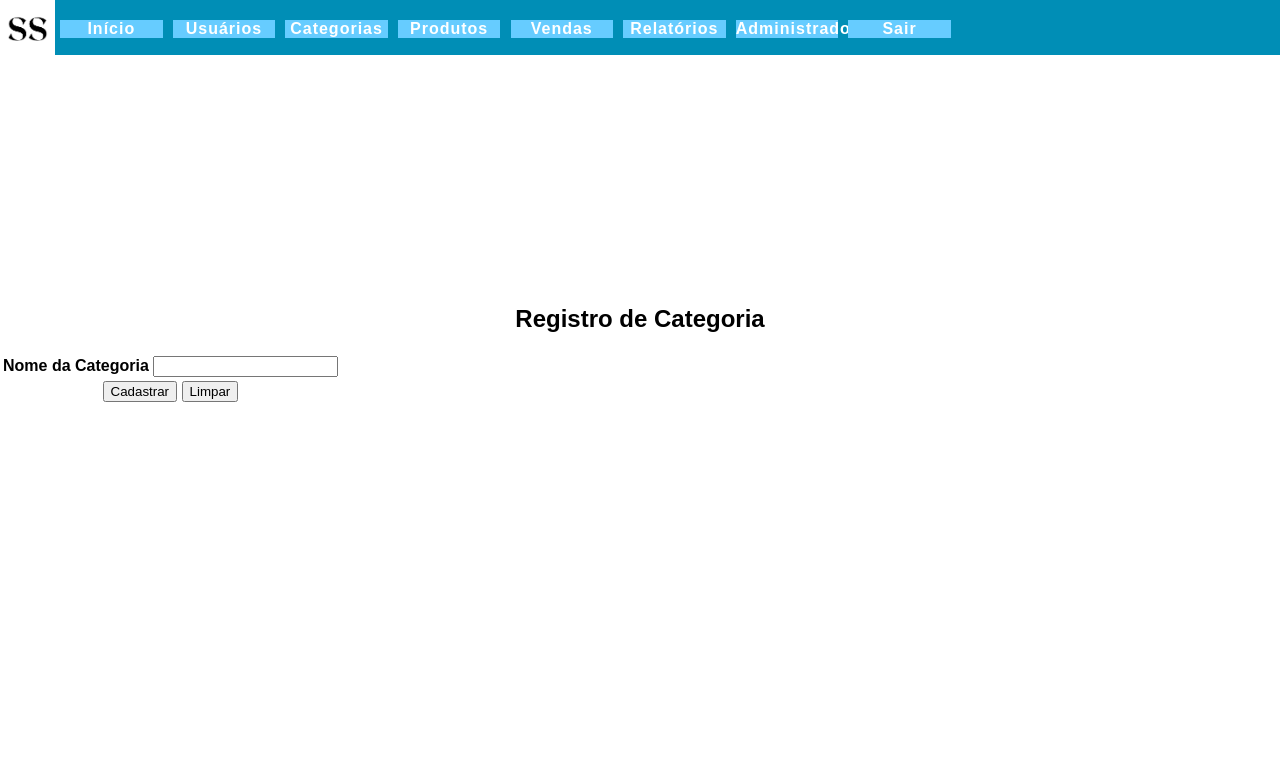
Repository: FaculdadeSenaiJoinville/PiMichelBaade
Page: ProjetoIndividual/WebContent/pages/admin/adminCategorias.html
The author's editor kept a copy of each file at every save. The page is drawn from the files as they stood at one save, then again after the next save.
The browser window is 1280 px wide. The pictures show the whole page.

Above is the page before, as saved 2021-08-18 00:33:12.

### ProjetoIndividual/WebContent/pages/admin/adminCategorias.html
<!DOCTYPE html>
<html>
<head>
<meta charset="UTF-8">
	<meta name="description" content="Site da Software dos Sonhos">
	<meta name="keywords" content="Padaria, Software, Sonhos">
	<meta name="author" content="Michel Baade">
	<meta name="viewport" content="width=device-width, initial-scale=1.0">
<title>Software dos Sonhos</title>
<link rel="stylesheet" type="text/css" href="../../css/admin.css">
<script src="https://code.jquery.com/jquery-3.6.0.min.js" integrity="sha256-/xUj+3OJU5yExlq6GSYGSHk7tPXikynS7ogEvDej/m4=" crossorigin="anonymous"></script>
<script src="../../js/admin.js"></script>
</head>
<body>
	<header></header>

<section>

<h2>Registro de Categoria</h2>

<form name="frmAddCategoria" id="addCategoria" class="frmInserir">

<table>
	 <tr>

	 	<th>Nome da Categoria</th>
	 	<td>
	 		<input type="text" name="nome">
	 	</td>

	 </tr>
	 <tr>
	 	<td colspan="2">
	 	<button type="button">Cadastrar</button>
	 	<button type="reset">Limpar</button>
	 	</td>
	 </tr>
</table>

</form>

</section>


</body>
</html>

### ProjetoIndividual/WebContent/css/admin.css
@charset "UTF-8";

body{
	margin: 0 auto;
	font-family: "Century Gothic", sans-serif;
}

header{
	height: 55px;
	background-color: #008eb6;
	position: sticky;
	position: -webkit -sticky;
	top: 0px;
}

header img{
	float: left;
	height: 55px;
	width: 55px;
}

nav{
	clear: both;
	width: 80%;
	height: 100%;
	display: inline-block;
	margin: 20px auto;
}

nav a{
	color: white;
	font-weight: bold;
	letter-spacing: 1px;
	text-decoration: none;
	text-align: center;
}

nav .opcao{
	float: left;
	width: 10%;
	background-color: #66ccff;
	margin: 0 0.5%;
	font-size: 16px;
}

nav .opcao:hover{
	background-color: #83afd3;
}

.dropdown{
	position: relative;
	display: inline-block;
}

.dropdown-content{
	display: none;
	position: absolute;
	background-color: #66ccff;
	z-index: 1;
	width: 100%;
}

.dropdown-content a{
	display: block;
}


.dropdown-content a:hover{
	background-color: 83afd3;
}

.dropdown:hover .dropdown-content{
	display: block;
}

section{
	clear: both;
	min-height: 460px;
	width: 100%;
	margin-top: 250px;
	text-align: center;

}

section img{
	border:4px solid #000;
}

### ProjetoIndividual/WebContent/js/admin.js
SONHOS = new Object();

$(document).ready(function() {

	$("header").load("/ProjetoIndividual/pages/admin/general/header.html");




});

### ProjetoIndividual/WebContent/pages/admin/general/header.html
<img src="../../imgs/logomenor.png" alt="Logo da Software dos Sonhos" id="logomenor">
<nav>
<a href="#"><div class="opcao">Início</div></a>
<a href="#"><div class="opcao">Usuários</div></a>
<a href="#"><div class="opcao">Categorias</div></a>
<a href="#"><div class="opcao">Produtos</div></a>
<a href="#"><div class="opcao">Vendas</div></a>
	<div class="opcao dropdown">
		<a href="#">
			<div class="dropbtn">Relatórios</div>
		</a>
		<div class="dropdown-content">
			<a href="#">Faturamentos</a>
			<a href="#">Vendas</a>
		</div>
	</div>
<a href="#"><div class="opcao">Administrador</div></a>
<a href="#"><div class="opcao">Sair</div></a>
</nav>

After the next save:
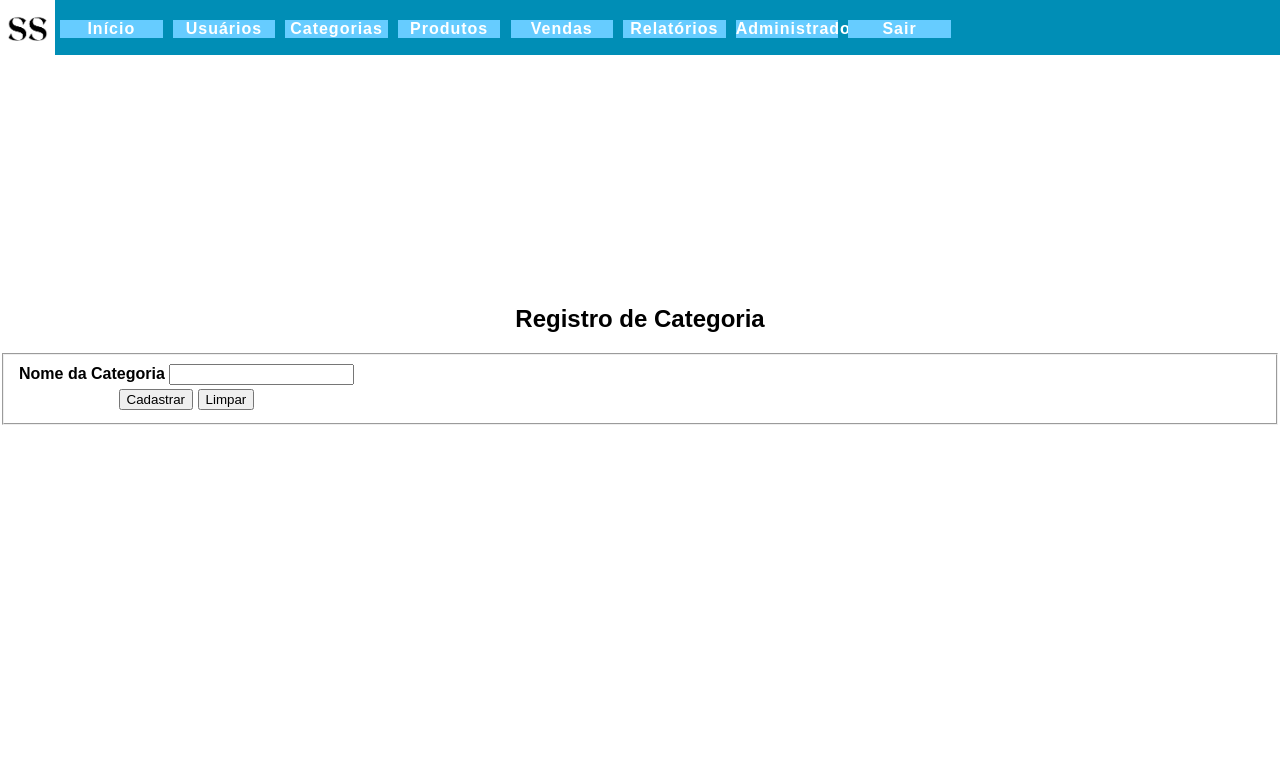
Saved 84 s later.
--- a/ProjetoIndividual/WebContent/pages/admin/adminCategorias.html
+++ b/ProjetoIndividual/WebContent/pages/admin/adminCategorias.html
@@ -18,28 +18,27 @@
 
 <h2>Registro de Categoria</h2>
 
-<form name="frmAddCategoria" id="addCategoria" class="frmInserir">
+		<form name="frmAddCategoria" id="addCategoria" class="frmInserir">
+			<fieldset>
+				<table>
 
-<table>
-	 <tr>
+					<tr>
 
-	 	<th>Nome da Categoria</th>
-	 	<td>
-	 		<input type="text" name="nome">
-	 	</td>
+						<th>Nome da Categoria</th>
+						<td><input type="text" name="nome"></td>
 
-	 </tr>
-	 <tr>
-	 	<td colspan="2">
-	 	<button type="button">Cadastrar</button>
-	 	<button type="reset">Limpar</button>
-	 	</td>
-	 </tr>
-</table>
+					</tr>
+					<tr>
+						<td colspan="2">
+							<button type="button">Cadastrar</button>
+							<button type="reset">Limpar</button>
+						</td>
+					</tr>
+				</table>
+			</fieldset>
+		</form>
 
-</form>
-
-</section>
+	</section>
 
 
 </body>
